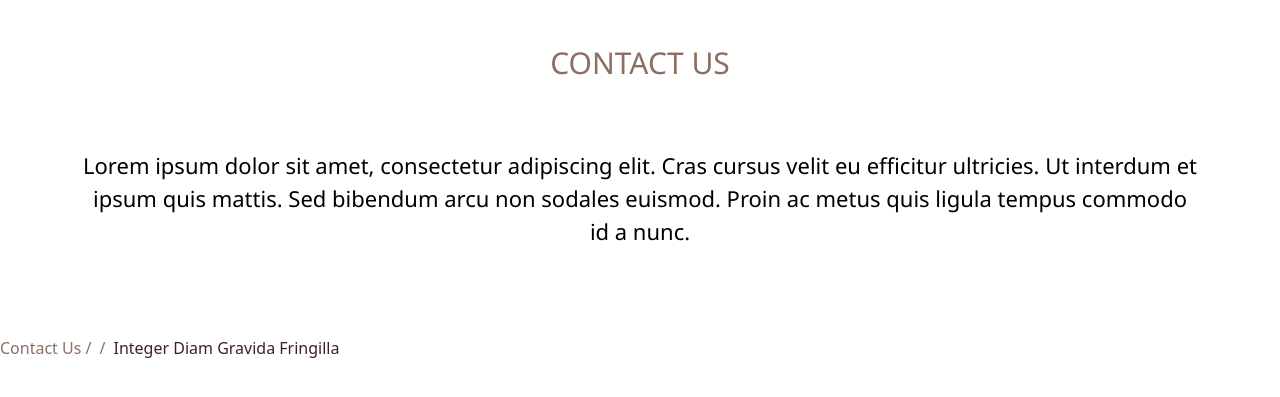
Repository: kaushalyaweerakoon/Plantation-Villa
Page: contact-us.html
These files come from the project's save history. The page is drawn as it stood at one moment and after a run of saves; the edit follows.
The browser window is 1280 px wide. The pictures show the whole page.
Some web fonts or font styles are not loaded; a fallback is used.

Above is the page before, as saved 2022-08-15 10:35:36.
Not found: assets/js/main.js

After the next 2 saves:
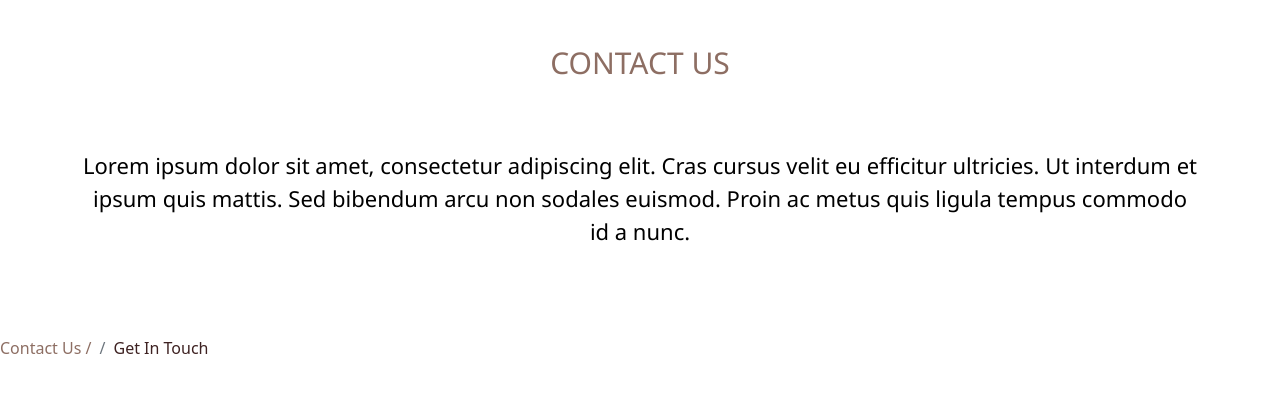
The 2 saves are shown as one change because they came seconds apart.
The last was saved 15 s later.
--- a/contact-us.html
+++ b/contact-us.html
@@ -43,7 +43,7 @@
         <ol class="breadcrumb">
             <li class="breadcrumb-item"><a href="index.html" class="breadcrumb-text fs-13-px text-font-family">Contact Us / </a>
             <li class="breadcrumb-item"><a href="Integer Diam Gravida Fringilla.html" aria-current="page"
-                    class="breadcrumb-text active fs-13-px text-font-family">Integer Diam Gravida Fringilla</a>
+                    class="breadcrumb-text active fs-13-px text-font-family">Get In Touch</a>
             </li>
         </ol>
     </nav>
